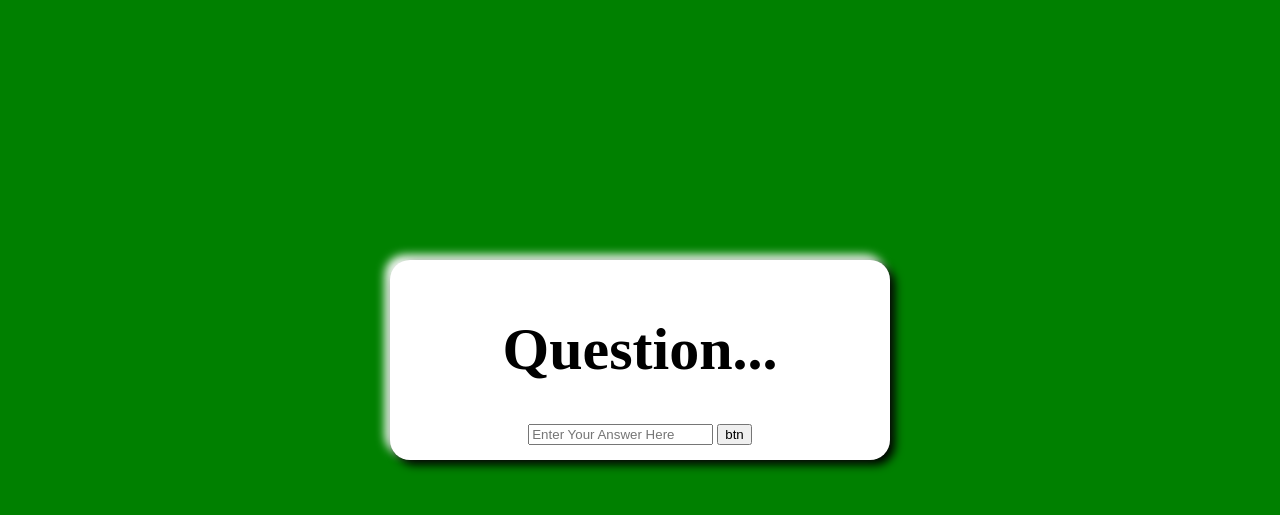
Repository: Joseph061200/Dynamic_Lab2
Page: joseph.html
The author's editor kept a copy of each file at every save. The page is drawn from the files as they stood at one save, then again after the next save.
The browser window is 1280 px wide. The pictures show the whole page.

Above is the page before, as saved 2020-02-20 14:17:11.

After the next save:
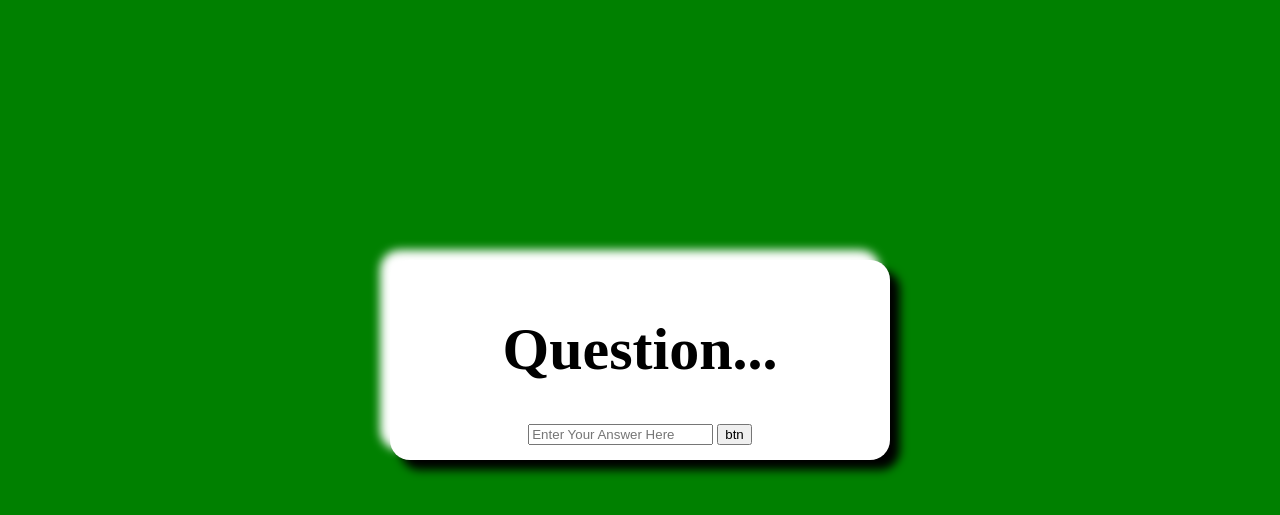
Saved 16 s later.
--- a/joseph.css
+++ b/joseph.css
@@ -19,7 +19,7 @@ body,html {
     align-items: center;
     background-color: white;
     border-radius: 20px;
-    box-shadow: 5px 5px 10px black,-5px -5px 10px white;
+    box-shadow: 10px 10px 10px black,-10px -10px 10px white;
 
 }
 h1 {
